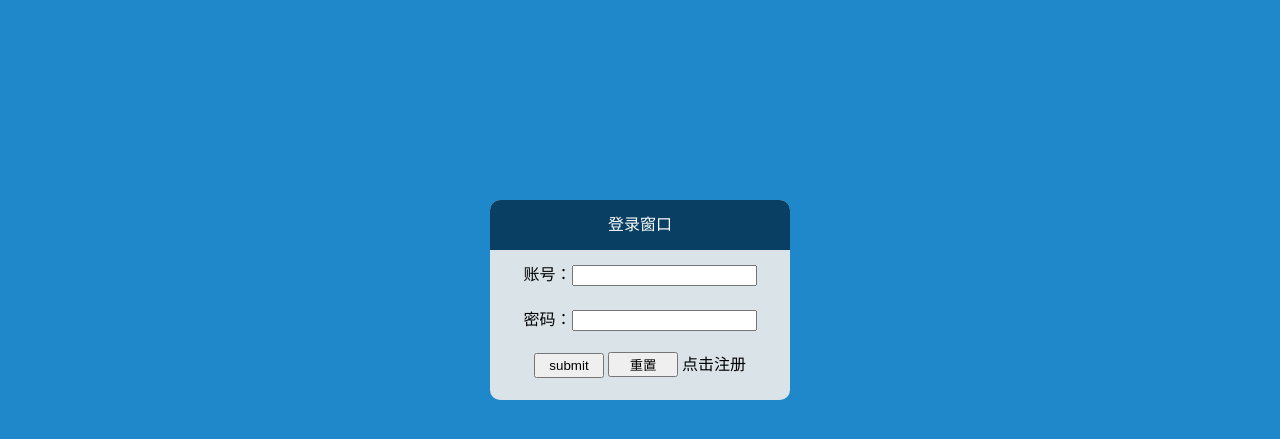
Repository: CreativeNothings/CQUPT-training
Page: ShoppingPlatform/WebContent/LoginPage.html
These files come from the project's save history. The page is drawn as it stood at one moment and after the next save; the edit follows.
The browser window is 1280 px wide. The pictures show the whole page.

Above is the page before, as saved 2023-06-28 06:33:10.

### ShoppingPlatform/WebContent/LoginPage.html
<!DOCTYPE html>
<html>
<head><meta charset="utf-8"></head>
<script>
function validateForm(){
	let username=document.getElementById("username").value;
	let password=document.getElementById("password").value;
	if(username==""||password==""){
		alter("username and password must be filled out");
		return false;
	}

}
</script>
<style>
    body{
        background: #1f88cb;
    }
    .login{
        width: 300px;
        height: 200px;
        background:#d9e3e8;
        margin:200px auto;/*盒子顶部距离200，水平居中*/
        border-radius: 10px;/*圆角10个像素*/
    }
    .login_top{
        width: 100%;
        height: 50px;
        background:#093f63;
        float: left;
        border-radius: 10px 10px 0px 0px;/* 圆角四个参数的写法分别指左上，右上，右下 左下 */
        color: white;
        text-align: center; /* 水平居中 */
        line-height: 50px; /* 垂直居中 */
    }
    .ref{
        width: 280px;
        height: 40px;
        /* background:red; 这个背景色后面是要去掉的*/
        margin-left: 10px;
        margin-top: 5px;
        /* 以上两句可以简写为margin:5px opx opk 10px; */
        float: left; /*在这里你可以试着不加浮动，就知道浮动的作用了*/
        text-align: center;
        line-height: 40px;
    }
    #btn,#res{
        width: 70px;
        height: 25px;
        font-size: 10pt;
    }
</style>

<body>
<div class="login">
    <div class="login_top">登录窗口</div>
    <form id="myForm" action="index.html" onsubmit="return validateForm()" method="post">
    <div class="ref">
        账号：<input type="text" id="username" />
    </div>
    <div class="ref">
        密码：<input type="password" id="password" />
    </div>
    <div class="ref">
        <input type="button" value="submit" id="btn" />
        <input type="reset" value="重置" id="res" />
        <a herf="Register.html">点击注册</a>
    </div>
    </form>
</div>
</body>
</html>

After the next save:
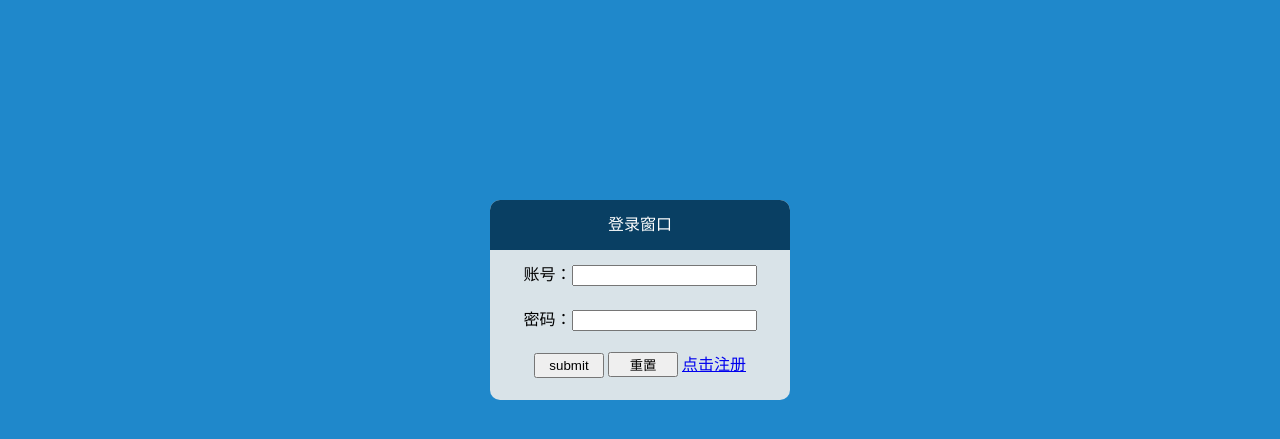
Saved 40 s later.
--- a/ShoppingPlatform/WebContent/LoginPage.html
+++ b/ShoppingPlatform/WebContent/LoginPage.html
@@ -64,7 +64,7 @@ function validateForm(){
     <div class="ref">
         <input type="button" value="submit" id="btn" />
         <input type="reset" value="重置" id="res" />
-        <a herf="Register.html">点击注册</a>
+        <a href="Register.html">点击注册</a>
     </div>
     </form>
 </div>
